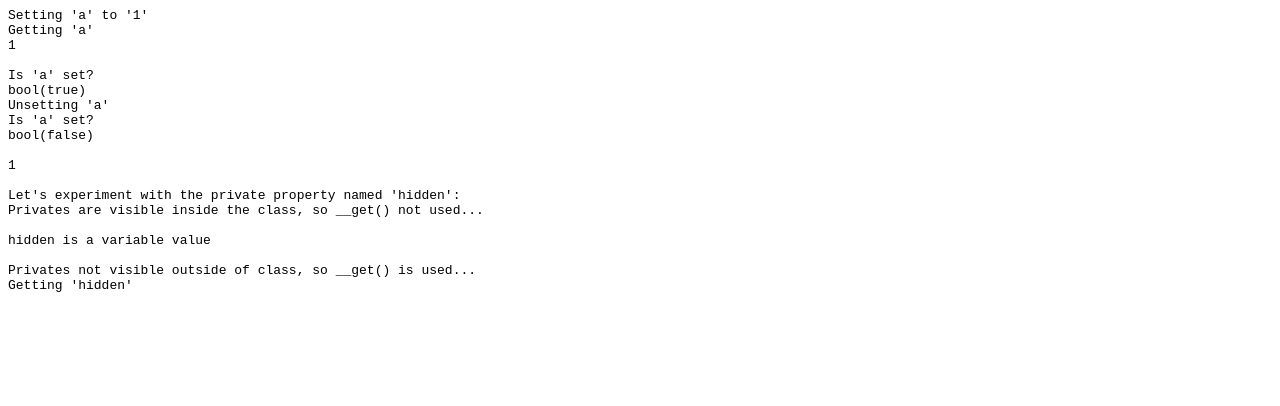
Repository: jyotsna1234/bugappmvc
Page: http://localhost/overloading.php
The author's editor kept a copy of each file at every save. The page is drawn from the files as they stood at one save, then again after the next save.
The browser window is 1280 px wide. The pictures show the whole page.
The page is run by PHP 8.4 with error messages shown; the project is at /var/www/html/.

Above is the page before, as saved 2014-04-09 04:07:38.

### oops_php/overloading.php
<?php

 ini_set('displayerror', 1);

class PropertyTest
{
    /**  Location for overloaded data.  */
    private $data = array();

    /**  Overloading not used on declared properties.  */
    public $declared = 1;

    /**  Overloading only used on this when accessed outside the class.  */
    private $hidden = 'hidden';

    public function __set($name, $value)
    {
        echo "Setting '$name' to '$value'\n";
        $this->data[$name] = $value;
    }

    public function __get($name)
    {
        echo "Getting '$name'\n";
        if (array_key_exists($name, $this->data)) {
            return $this->data[$name];
        }

        return null;
    }

    /**  As of PHP 5.1.0  */
    public function __isset($name)
    {
        echo "Is '$name' set?\n";
        return isset($this->data[$name]);
    }

    /**  As of PHP 5.1.0  */
    public function __unset($name)
    {
        echo "Unsetting '$name'\n";
        unset($this->data[$name]);
    }

    /**  Not a magic method, just here for example.  */
    public function getHidden()
    {
        return $this->hidden;
    }
}

echo "<pre>\n";

$obj = new PropertyTest;

$obj->a = 1;
echo $obj->a . "\n\n";

var_dump(isset($obj->a));
unset($obj->a);
var_dump(isset($obj->a));
echo "\n";

echo $obj->declared . "\n\n";

echo "Let's experiment with the private property named 'hidden':\n";
echo "Privates are visible inside the class, so __get() not used...\n<br>";
echo $obj->getHidden() .  " is a variable value"."\n<br>";
echo "Privates not visible outside of class, so __get() is used...\n";
echo $obj->hidden . "\n";




/*function overloading is not possible but ic an be done through call and call_static
 * class Overloading  {
	var $data;
	var $value;
	public function method1()
	{
	echo "enterd into method";

	}

}
$overload1=new Overloading();

  $overload1->method1();

 $overload1->method1('name','dale');

*/
?>

After the next save:
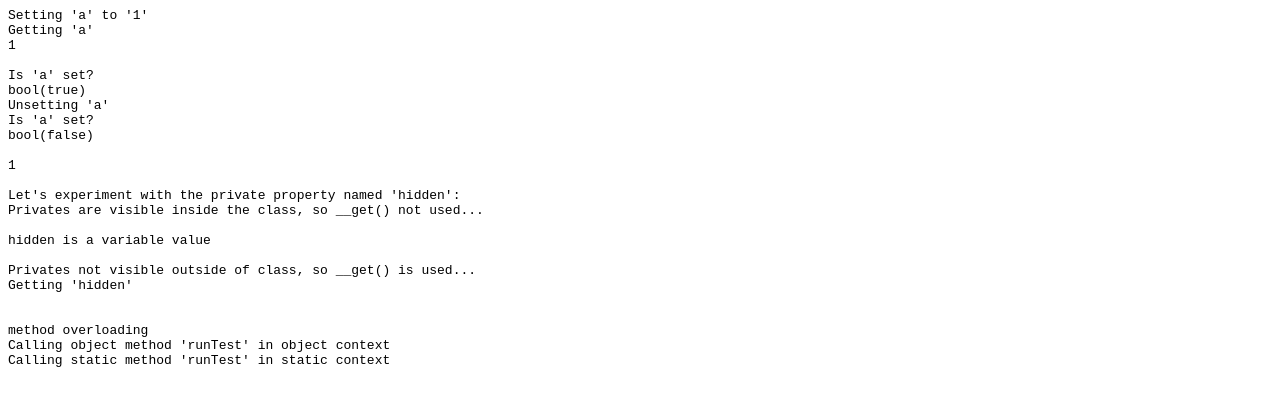
Saved 8 min 23 s later.
--- a/oops_php/overloading.php
+++ b/oops_php/overloading.php
@@ -68,7 +68,34 @@ echo "Let's experiment with the private property named 'hidden':\n";
 echo "Privates are visible inside the class, so __get() not used...\n<br>";
 echo $obj->getHidden() .  " is a variable value"."\n<br>";
 echo "Privates not visible outside of class, so __get() is used...\n";
-echo $obj->hidden . "\n";
+echo $obj->hidden . "\n\n";
+
+ echo "method overloading\n";
+
+
+class MethodTest
+{
+    public function __call($name, $arguments)
+    {
+        // Note: value of $name is case sensitive.
+        echo "Calling object method '$name' "
+             . implode(', ', $arguments). "\n";
+    }
+
+    /**  As of PHP 5.3.0  */
+    public static function __callStatic($name, $arguments)
+    {
+        // Note: value of $name is case sensitive.
+        echo "Calling static method '$name' "
+             . implode(', ', $arguments). "\n";
+    }
+}
+
+$obj = new MethodTest;
+$obj->runTest('in object context');
+
+MethodTest::runTest('in static context');  // As of PHP 5.3.0
+
 
 
 
